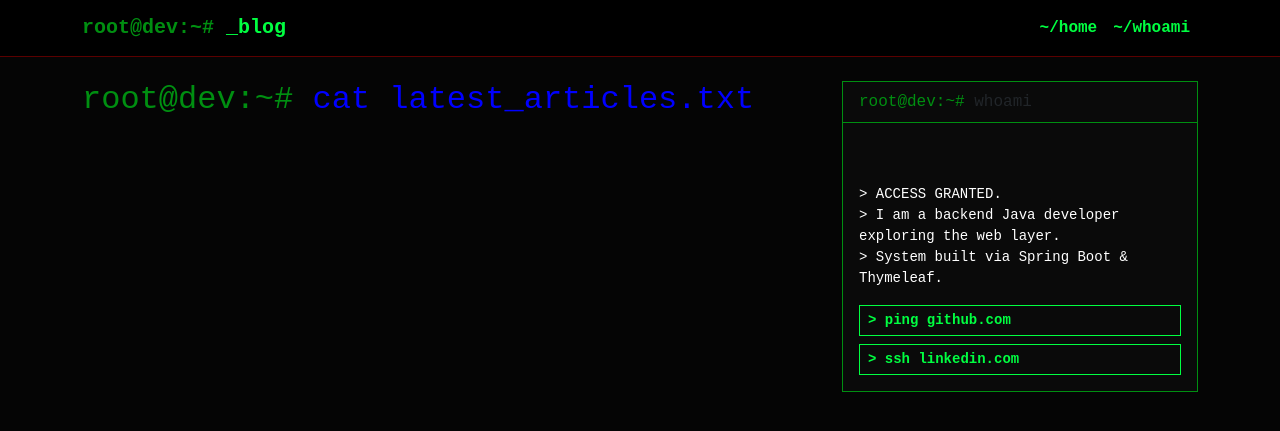
Repository: gd0t/gd0t-blog
Page: http://localhost/index
These files come from the project's save history. The page is drawn as it stood at one moment and after the next save; the edit follows.
The browser window is 1280 px wide. The pictures show the whole page.
The page is this project's Thymeleaf template; nobody is signed in. The template is opened directly, without the code that normally fills it, so the values that code supplies are empty.

Above is the page before, as saved 2026-05-21 00:30:11.

After the next save:
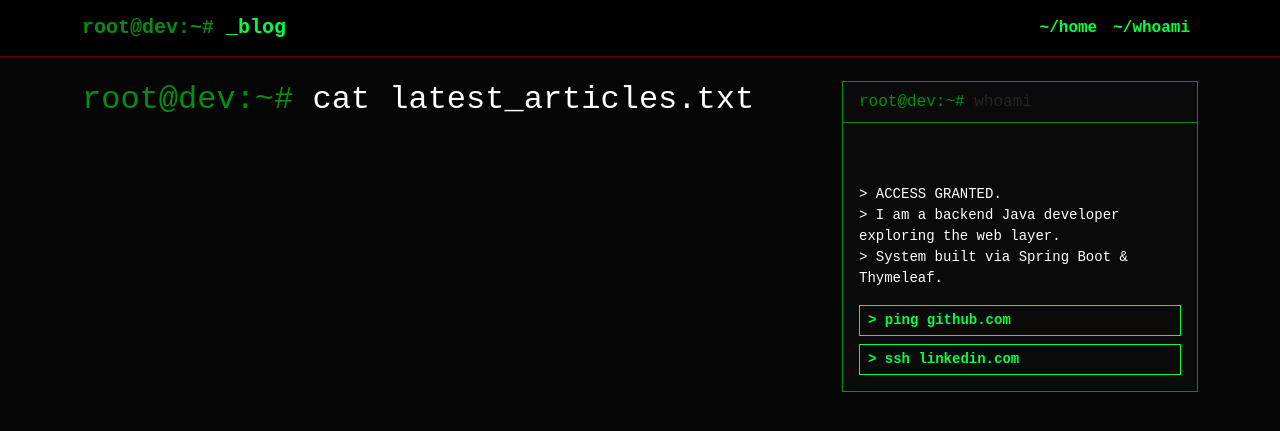
Saved 10 s later.
--- a/gd0t/src/main/resources/static/css/style.css
+++ b/gd0t/src/main/resources/static/css/style.css
@@ -69,7 +69,7 @@ input[type="text"]:focus, textarea:focus {
 }
 
 body {
-	color: blue;
+	color: white;
 }
 
 p {
